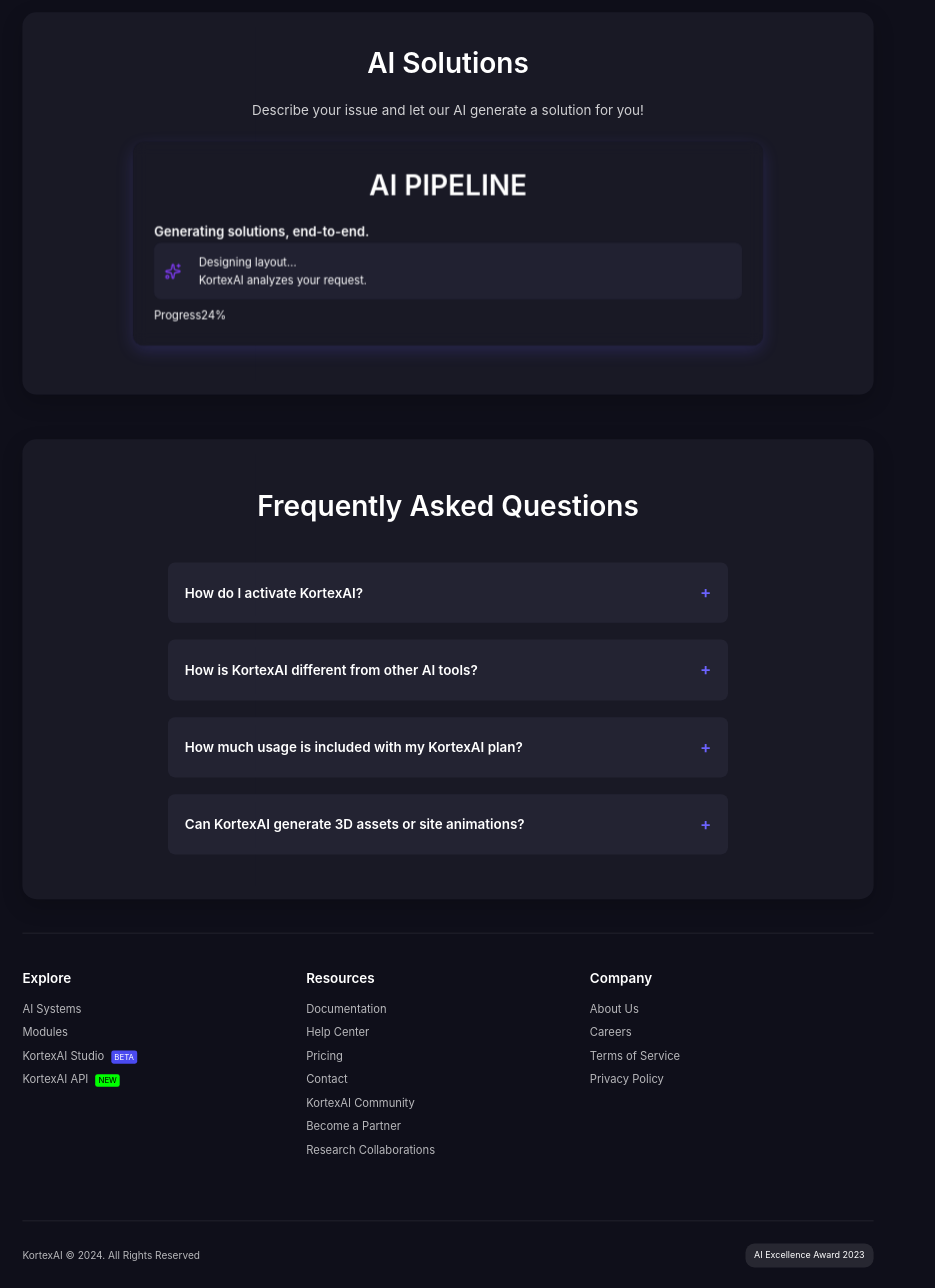
Repository: Rayyy-dev/Kortex-AI
Page: /
The author's editor kept a copy of each file at every save. The page is drawn from the files as they stood at one save, then again after the next save.
The browser window is 1280 px wide. The page is 1336 px wide, so the pictures cover 1336 px, including what lies to the right of the window. The pictures show the part of the page from y = 1451 to 3291 px (the page is 3294 px tall before and 3372 px after), at 70% of full size.
The project was rebuilt for these pictures with package versions that can differ from the ones it lists, and the page was loaded fresh each time.

Above is the page before, as saved 2024-10-28 10:03:02.

After the next save:
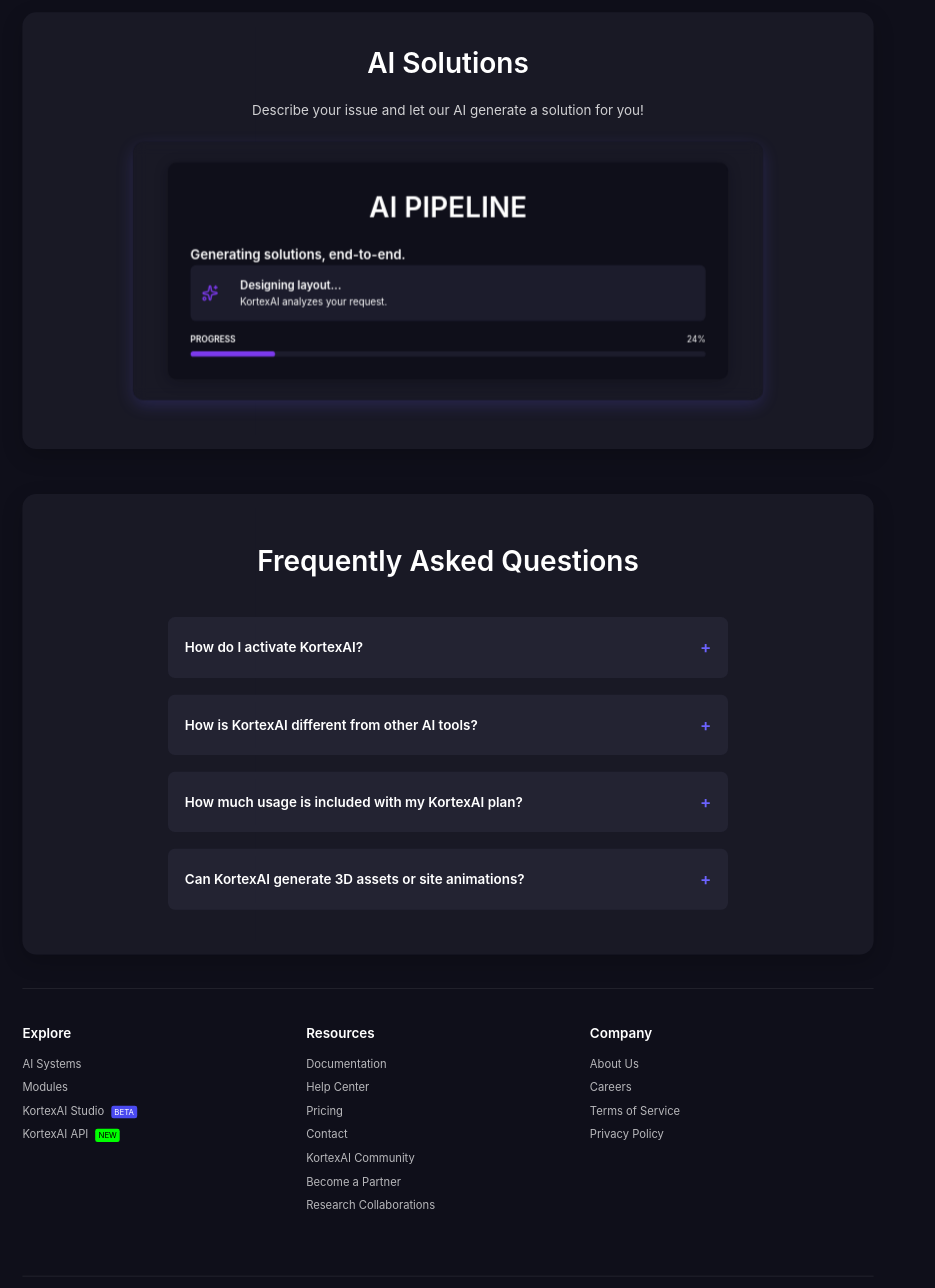
Saved 25 s later.
--- a/src/App.css
+++ b/src/App.css
@@ -1466,3 +1466,147 @@
 .pipeline-step svg {
   color: #7c3aed;
 }
+
+/* Crypto Dashboard Styles */
+.ai-pipeline-container {
+  width: 100%;
+  max-width: 800px;
+  margin: 0 auto;
+}
+
+.typewriter-container {
+  font-family: monospace;
+  font-size: 1.5rem;
+  color: var(--text-color);
+  text-align: center;
+}
+
+.ai-pipeline-box {
+  background: var(--background-color);
+  padding: 2rem;
+  border-radius: 12px;
+  box-shadow: 0 4px 20px rgba(0, 0, 0, 0.2);
+}
+
+.pipeline-step {
+  background: rgba(42, 42, 62, 0.5);
+  padding: 1rem;
+  border-radius: 8px;
+  display: flex;
+  align-items: center;
+  gap: 1rem;
+  margin-bottom: 1rem;
+}
+
+.step-icon {
+  color: #7c3aed;
+}
+
+.step-title {
+  font-weight: 600;
+  color: var(--text-color);
+}
+
+.step-description {
+  font-size: 0.875rem;
+  color: var(--text-color-secondary);
+}
+
+.progress-container {
+  margin-top: 1rem;
+}
+
+.progress-header {
+  display: flex;
+  justify-content: space-between;
+  margin-bottom: 0.5rem;
+}
+
+.progress-label {
+  font-size: 0.75rem;
+  text-transform: uppercase;
+  font-weight: 600;
+  color: var(--text-color);
+}
+
+.progress-value {
+  font-size: 0.75rem;
+  color: var(--text-color);
+}
+
+.progress-bar {
+  height: 8px;
+  background: rgba(42, 42, 62, 0.5);
+  border-radius: 4px;
+  overflow: hidden;
+}
+
+.progress-fill {
+  height: 100%;
+  background: #7c3aed;
+  border-radius: 4px;
+}
+
+.crypto-dashboard {
+  background: var(--background-color);
+  padding: 2rem;
+  border-radius: 12px;
+  box-shadow: 0 4px 20px rgba(0, 0, 0, 0.2);
+}
+
+.crypto-grid {
+  display: grid;
+  grid-template-columns: repeat(3, 1fr);
+  gap: 1rem;
+  margin-bottom: 1.5rem;
+}
+
+.crypto-card {
+  background: rgba(42, 42, 62, 0.5);
+  padding: 1rem;
+  border-radius: 8px;
+  transition: transform 0.2s;
+}
+
+.crypto-card:hover {
+  transform: translateY(-2px);
+}
+
+.crypto-header {
+  display: flex;
+  justify-content: space-between;
+  align-items: center;
+  margin-bottom: 0.5rem;
+}
+
+.crypto-symbol {
+  font-size: 0.75rem;
+  color: var(--text-color-secondary);
+}
+
+.crypto-price {
+  font-size: 1rem;
+  font-weight: 600;
+  color: var(--text-color);
+}
+
+.crypto-change {
+  display: flex;
+  align-items: center;
+  gap: 0.25rem;
+  font-size: 0.75rem;
+}
+
+.crypto-change.positive {
+  color: #10b981;
+}
+
+.crypto-change.negative {
+  color: #ef4444;
+}
+
+.chart-container {
+  background: rgba(42, 42, 62, 0.5);
+  padding: 1rem;
+  border-radius: 8px;
+}
